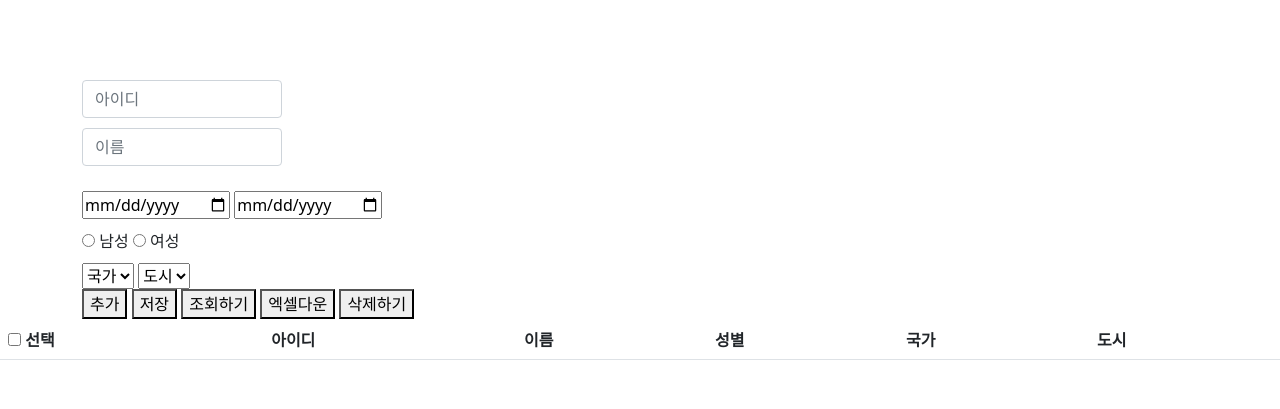
Repository: cactusvibeyjy/miniProject2
Page: http://localhost/test2/WEB-INF/views/home.jsp
The author's editor kept a copy of each file at every save. The page is drawn from the files as they stood at one save, then again after the next save.
The browser window is 1280 px wide. The pictures show the whole page.
The page is served by Tomcat 9. Nobody is signed in. The template is opened directly, without the code that normally fills it, so the values that code supplies are empty.

Above is the page before, as saved 2023-02-17 05:26:27.

After the next save:
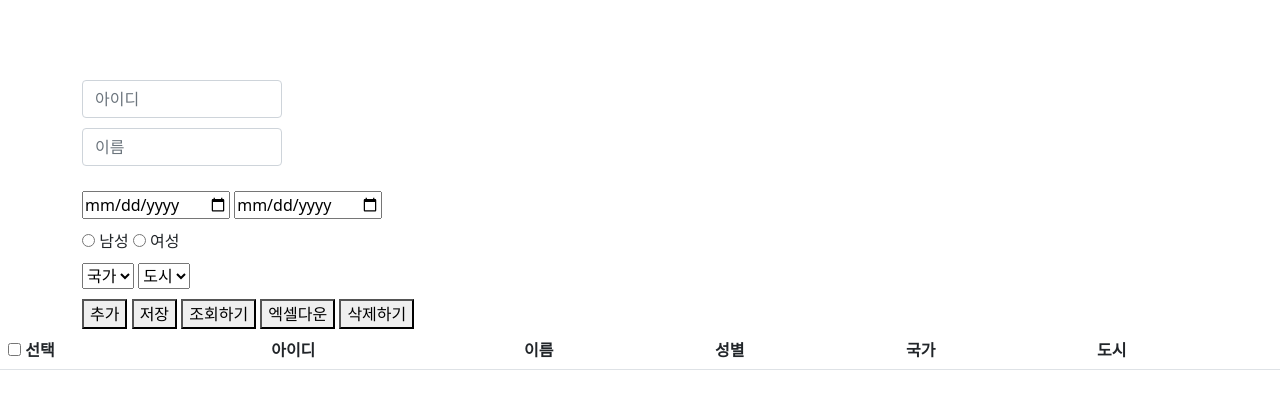
Saved 34 s later.
--- a/test2/src/main/webapp/WEB-INF/views/home.jsp
+++ b/test2/src/main/webapp/WEB-INF/views/home.jsp
@@ -119,7 +119,7 @@
 			<option value="none" selected>도시</option>
 		</select>
 		<br>
-		<div class="button">
+		<div class="button" style= "margin-top:10px; border-radius: 20px;">
 			<button class="registerButton clickedButton" onclick="fn_addRow(this)">
 				<span>추가</span> <i class="zmdi zmdi-arrow-right"></i>
 			</button>
